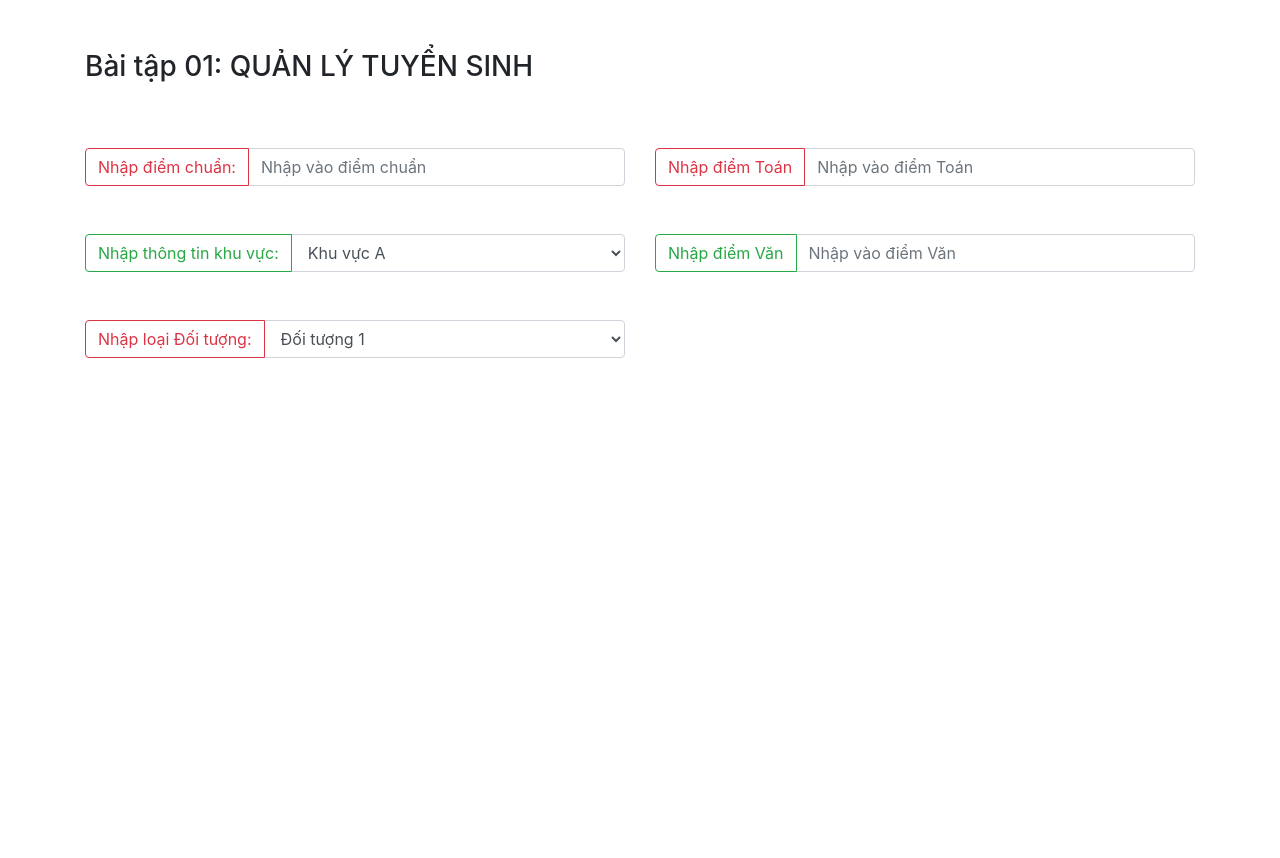
Repository: ducdatit2002/javascript-tinh-day15
Page: index.html
The author's editor kept a copy of each file at every save. The page is drawn from the files as they stood at one save, then again after the next save.
The browser window is 1280 px wide. The pictures show the whole page.

Above is the page before, as saved 2023-08-20 12:44:46.

After the next save:
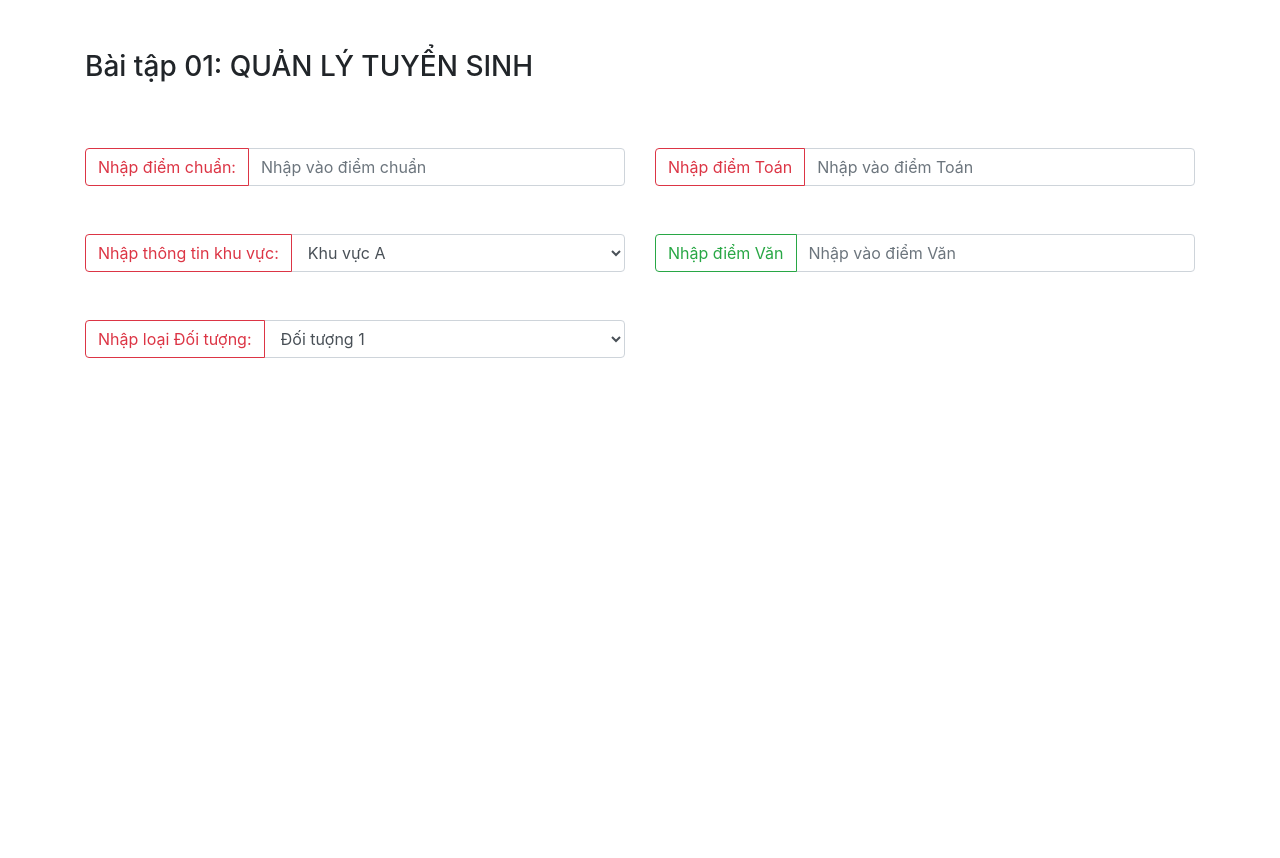
Saved 6 s later.
--- a/index.html
+++ b/index.html
@@ -36,7 +36,7 @@
             </div>
             <div class="input-group mt-5">
               <div class="input-group-prepend">
-                <button class="btn btn-outline-success">Nhập thông tin khu vực:</button>
+                <button class="btn btn-outline-danger">Nhập thông tin khu vực:</button>
               </div>
               <select id="khuVuc" class="form-control">
                 <option value="2">Khu vực A</option>
